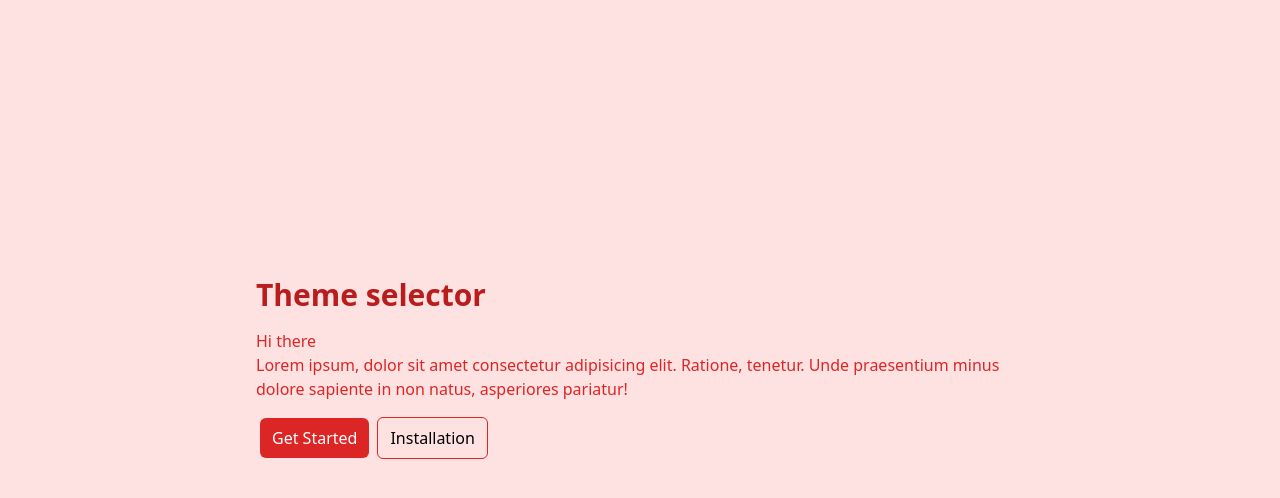
Repository: prince-bansal/tailwind-theme-switcher
Page: /
These files come from the project's save history. The page is drawn as it stood at one moment and after the next save; the edit follows.
The browser window is 1280 px wide. The pictures show the whole page.
The project was rebuilt for these pictures with package versions that can differ from the ones it lists, and the page was loaded fresh each time. Also part of the build but not shown: vite.config.ts, src/index.css.

Above is the page before, as saved 2024-03-17 19:26:38.

After the next save:
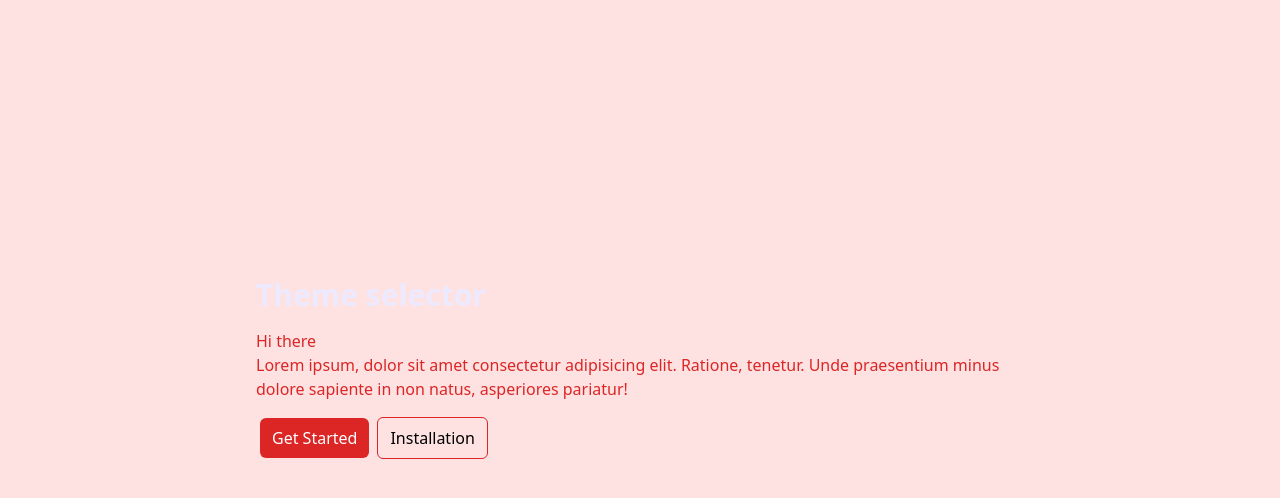
Saved 25 s later.
--- a/src/App.tsx
+++ b/src/App.tsx
@@ -5,7 +5,7 @@ function App() {
   return (
     <div className="bg-red-100 min-h-screen flex items-center justify-center">
       <div className="w-[60%] m-auto">
-        <h1 className="text-3xl text-red-700 my-4 font-bold">Theme selector</h1>
+        <h1 className="text-3xl text-heading my-4 font-bold">Theme selector</h1>
         <p className="text-red-600">Hi there</p>
         <p className="text-red-600">
           Lorem ipsum, dolor sit amet consectetur adipisicing elit. Ratione,
